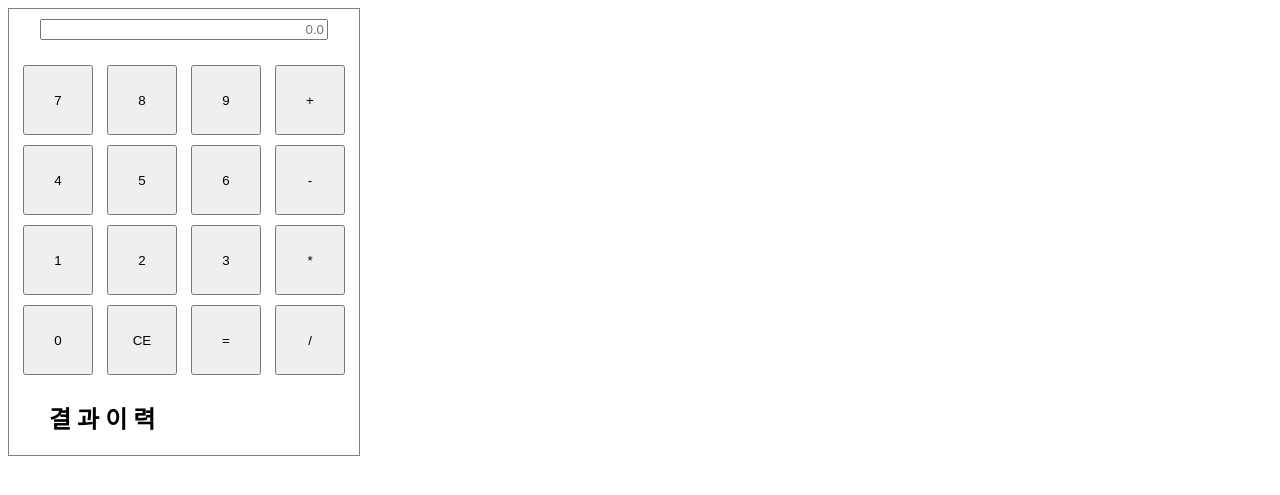
Repository: Migorithm/front_work
Page: front05_JQuery/src/main/webapp/3_event/assignment.html
An editor plug-in stored every save of this project. The page is shown before and after the next save, followed by the edit.
The browser window is 1280 px wide. The pictures show the whole page.

Above is the page before, as saved 2021-09-03 08:19:31.

After the next save:
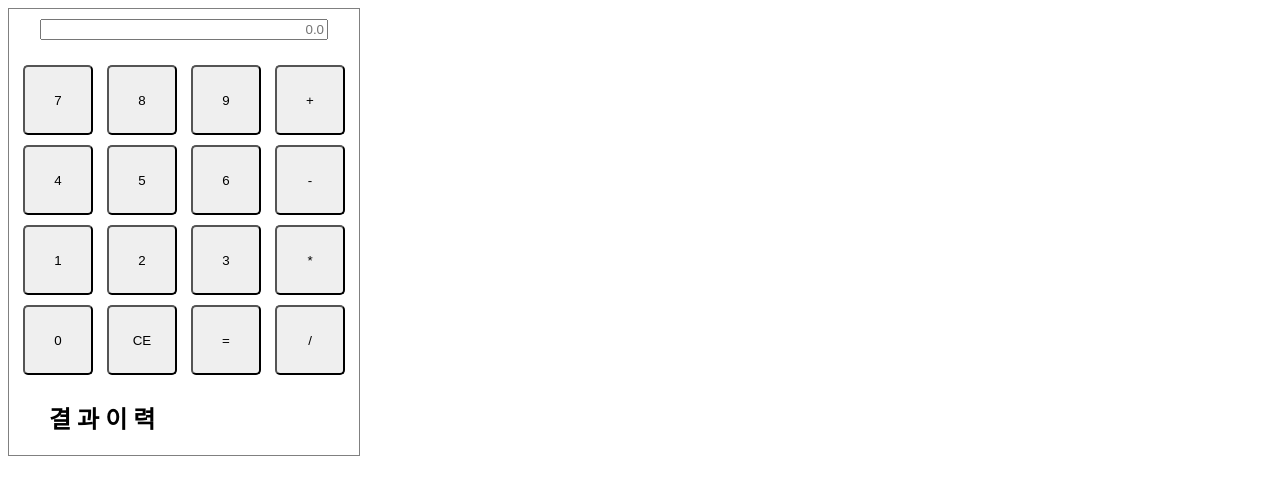
Saved 50 s later.
--- a/front05_JQuery/src/main/webapp/3_event/assignment.html
+++ b/front05_JQuery/src/main/webapp/3_event/assignment.html
@@ -29,6 +29,7 @@
 			width:70px;
 			height:70px;
 			margin:5px;
+			border-radius: 5px;
 
 
 		}
